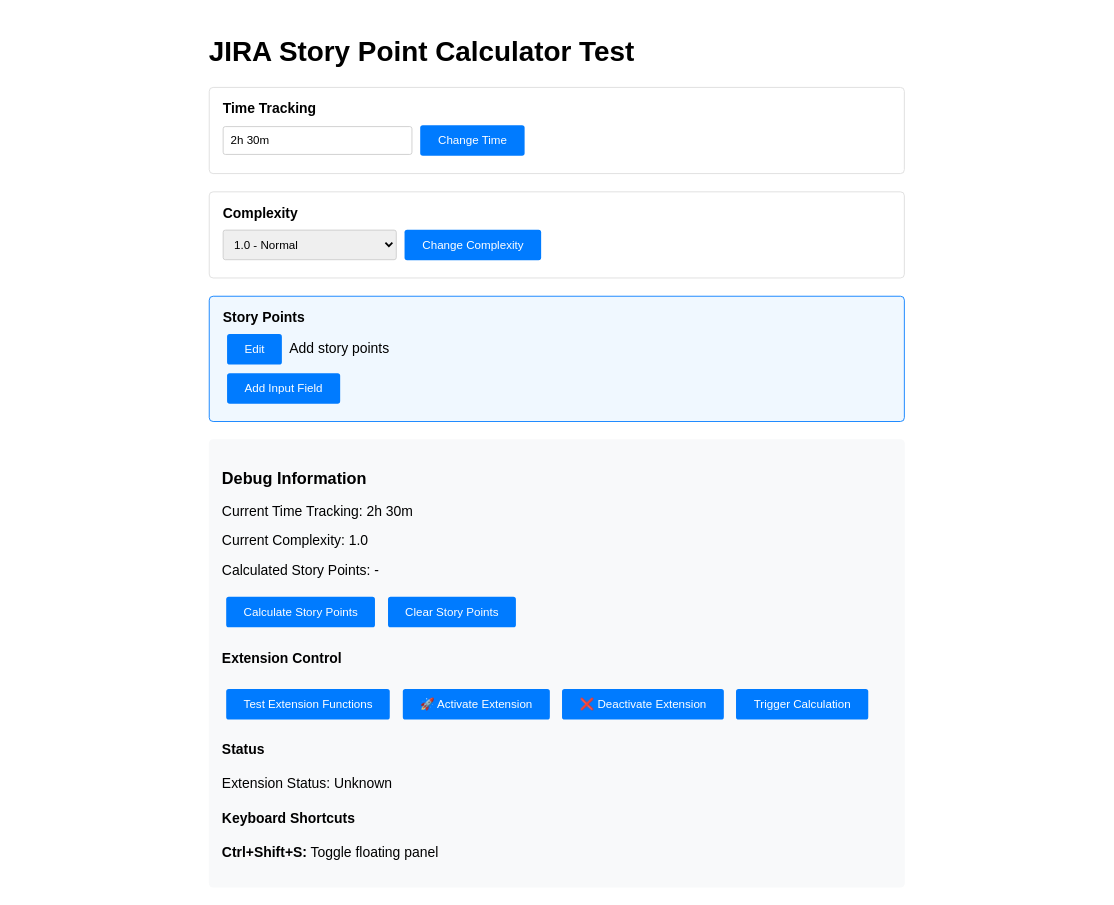
Repository: nirazanbasnet/jira-story-point-calculator
Page: test.html
These files come from the project's save history. The page is drawn as it stood at one moment and after the next save; the edit follows.
The browser window is 1280 px wide. The pictures show the whole page, at 87% of full size.

Above is the page before, as saved 2025-09-01 19:29:06.

### test.html
<!DOCTYPE html>
<html lang="en">

<head>
    <meta charset="UTF-8">
    <meta name="viewport" content="width=device-width, initial-scale=1.0">
    <title>JIRA Story Point Calculator Test</title>
    <style>
        body {
            font-family: Arial, sans-serif;
            max-width: 800px;
            margin: 0 auto;
            padding: 20px;
        }

        .field-group {
            margin: 20px 0;
            padding: 15px;
            border: 1px solid #ddd;
            border-radius: 5px;
        }

        .field-label {
            font-weight: bold;
            margin-bottom: 5px;
        }

        input,
        select {
            padding: 8px;
            border: 1px solid #ccc;
            border-radius: 3px;
            width: 200px;
        }

        .story-point-field {
            background-color: #f0f8ff;
            border-color: #007bff;
        }

        .debug-info {
            background-color: #f8f9fa;
            padding: 15px;
            border-radius: 5px;
            margin-top: 20px;
        }

        button {
            background-color: #007bff;
            color: white;
            padding: 10px 20px;
            border: none;
            border-radius: 3px;
            cursor: pointer;
            margin: 5px;
        }

        button:hover {
            background-color: #0056b3;
        }
    </style>
</head>

<body>
    <h1>JIRA Story Point Calculator Test</h1>

    <div class="field-group">
        <div class="field-label">Time Tracking</div>
        <input type="text" id="time-tracking" name="time-tracking" placeholder="e.g., 2h 30m" value="2h 30m">
        <button onclick="changeTimeTracking()">Change Time</button>
    </div>

    <div class="field-group">
        <div class="field-label">Complexity</div>
        <select id="complexity" name="complexity">
            <option value="0.1">0.1 - Very Simple</option>
            <option value="0.2">0.2 - Simple</option>
            <option value="0.3">0.3 - Basic</option>
            <option value="0.6">0.6 - Standard</option>
            <option value="1" selected>1.0 - Normal</option>
            <option value="1.5">1.5 - Complex</option>
            <option value="2">2.0 - Very Complex</option>
        </select>
        <button onclick="changeComplexity()">Change Complexity</button>
    </div>

    <div class="field-group story-point-field">
        <div class="field-label">Story Points</div>
        <div data-testid="issue-field-number.ui.issue-field-story-point-estimate--container">
            <div data-testid="issue-field-inline-edit-read-view-container.ui.container" role="presentation">
                <button aria-label="Edit Story Points" type="button">Edit</button>
                <span data-testid="issue-field-story-point-estimate-readview-full.ui.story-point-estimate">
                    <span>Add story points</span>
                </span>
            </div>
        </div>
        <button onclick="addInputField()">Add Input Field</button>
    </div>

    <div class="debug-info">
        <h3>Debug Information</h3>
        <p>Current Time Tracking: <span id="current-time">2h 30m</span></p>
        <p>Current Complexity: <span id="current-complexity">1.0</span></p>
        <p>Calculated Story Points: <span id="calculated-points">-</span></p>
        <button onclick="calculateStoryPoints()">Calculate Story Points</button>
        <button onclick="clearStoryPoints()">Clear Story Points</button>

        <h4>Extension Control</h4>
        <button onclick="testExtensionFunctions()">Test Extension Functions</button>
        <button onclick="activateExtension()">🚀 Activate Extension</button>
        <button onclick="deactivateExtension()">❌ Deactivate Extension</button>
        <button onclick="triggerCalculation()">Trigger Calculation</button>

        <h4>Status</h4>
        <p id="extension-status">Extension Status: Unknown</p>

        <h4>Keyboard Shortcuts</h4>
        <p><strong>Ctrl+Shift+S:</strong> Toggle floating panel</p>
    </div>

    <script>
        function changeTimeTracking() {
            const timeInput = document.getElementById('time-tracking');
            const times = ['1h', '45m', '2h 15m', '3h 30m', '1.5h'];
            const randomTime = times[Math.floor(Math.random() * times.length)];
            timeInput.value = randomTime;
            timeInput.dispatchEvent(new Event('input', { bubbles: true }));
            timeInput.dispatchEvent(new Event('change', { bubbles: true }));
            document.getElementById('current-time').textContent = randomTime;
        }

        function changeComplexity() {
            const complexitySelect = document.getElementById('complexity');
            const complexities = [0.1, 0.2, 0.3, 0.6, 1, 1.5, 2];
            const randomComplexity = complexities[Math.floor(Math.random() * complexities.length)];
            complexitySelect.value = randomComplexity;
            complexitySelect.dispatchEvent(new Event('change', { bubbles: true }));
            document.getElementById('current-complexity').textContent = randomComplexity;
        }

        function addInputField() {
            const container = document.querySelector('[data-testid="issue-field-number.ui.issue-field-story-point-estimate--container"]');
            const existingInput = container.querySelector('input');

            if (!existingInput) {
                const input = document.createElement('input');
                input.type = 'number';
                input.step = '0.1';
                input.placeholder = 'Story points';
                input.style.width = '100px';
                input.style.marginLeft = '10px';
                container.appendChild(input);
            }
        }

        function calculateStoryPoints() {
            const timeTracking = document.getElementById('time-tracking').value;
            const complexity = parseFloat(document.getElementById('complexity').value);

            // Simple time parsing for demo
            let hours = 0;
            if (timeTracking.includes('h')) {
                if (timeTracking.includes('m')) {
                    const parts = timeTracking.split(' ');
                    hours = parseFloat(parts[0]) + (parseFloat(parts[1]) / 60);
                } else {
                    hours = parseFloat(timeTracking);
                }
            } else if (timeTracking.includes('m')) {
                hours = parseFloat(timeTracking) / 60;
            } else {
                hours = parseFloat(timeTracking);
            }

            const storyPoints = Math.round((hours * complexity) * 100) / 100;
            document.getElementById('calculated-points').textContent = storyPoints;

            // Update the story point field if it exists
            const input = document.querySelector('[data-testid="issue-field-number.ui.issue-field-story-point-estimate--container"] input');
            if (input) {
                input.value = storyPoints;
                input.dispatchEvent(new Event('input', { bubbles: true }));
                input.dispatchEvent(new Event('change', { bubbles: true }));
            }
        }

        function clearStoryPoints() {
            document.getElementById('calculated-points').textContent = '-';
            const input = document.querySelector('[data-testid="issue-field-number.ui.issue-field-story-point-estimate--container"] input');
            if (input) {
                input.value = '';
                input.dispatchEvent(new Event('input', { bubbles: true }));
                input.dispatchEvent(new Event('change', { bubbles: true }));
            }
        }

        // Simulate JIRA field changes
        setInterval(() => {
            if (Math.random() > 0.7) {
                changeTimeTracking();
            }
        }, 5000);

        setInterval(() => {
            if (Math.random() > 0.8) {
                changeComplexity();
            }
        }, 7000);

        // Extension testing functions
        function testExtensionFunctions() {
            console.log('Testing extension functions...');

            if (window.jiraStoryPointCalculator) {
                console.log('✅ Extension loaded successfully');
                console.log('Extension object:', window.jiraStoryPointCalculator);
            } else {
                console.log('❌ Extension not loaded');
            }

            if (window.triggerStoryPointCalculation) {
                console.log('✅ triggerStoryPointCalculation function available');
            } else {
                console.log('❌ triggerStoryPointCalculation function not available');
            }

            if (window.toggleStoryPointPanel) {
                console.log('✅ toggleStoryPointPanel function available');
            } else {
                console.log('❌ toggleStoryPointPanel function not available');
            }
        }

        function activateExtension() {
            if (window.activateStoryPointCalculator) {
                const result = window.activateStoryPointCalculator();
                document.getElementById('extension-status').textContent = `Extension Status: Activated (Result: ${result})`;
                console.log('Activate extension result:', result);
            } else {
                console.log('❌ activateStoryPointCalculator function not available');
            }
        }

        function deactivateExtension() {
            if (window.deactivateStoryPointCalculator) {
                const result = window.deactivateStoryPointCalculator();
                document.getElementById('extension-status').textContent = `Extension Status: Deactivated (Result: ${result})`;
                console.log('Deactivate extension result:', result);
            } else {
                console.log('❌ deactivateStoryPointCalculator function not available');
            }
        }

        function triggerCalculation() {
            if (window.triggerStoryPointCalculation) {
                const result = window.triggerStoryPointCalculation();
                console.log('Trigger calculation result:', result);
            } else {
                console.log('❌ triggerStoryPointCalculation function not available');
            }
        }
    </script>
</body>

</html>

After the next save:
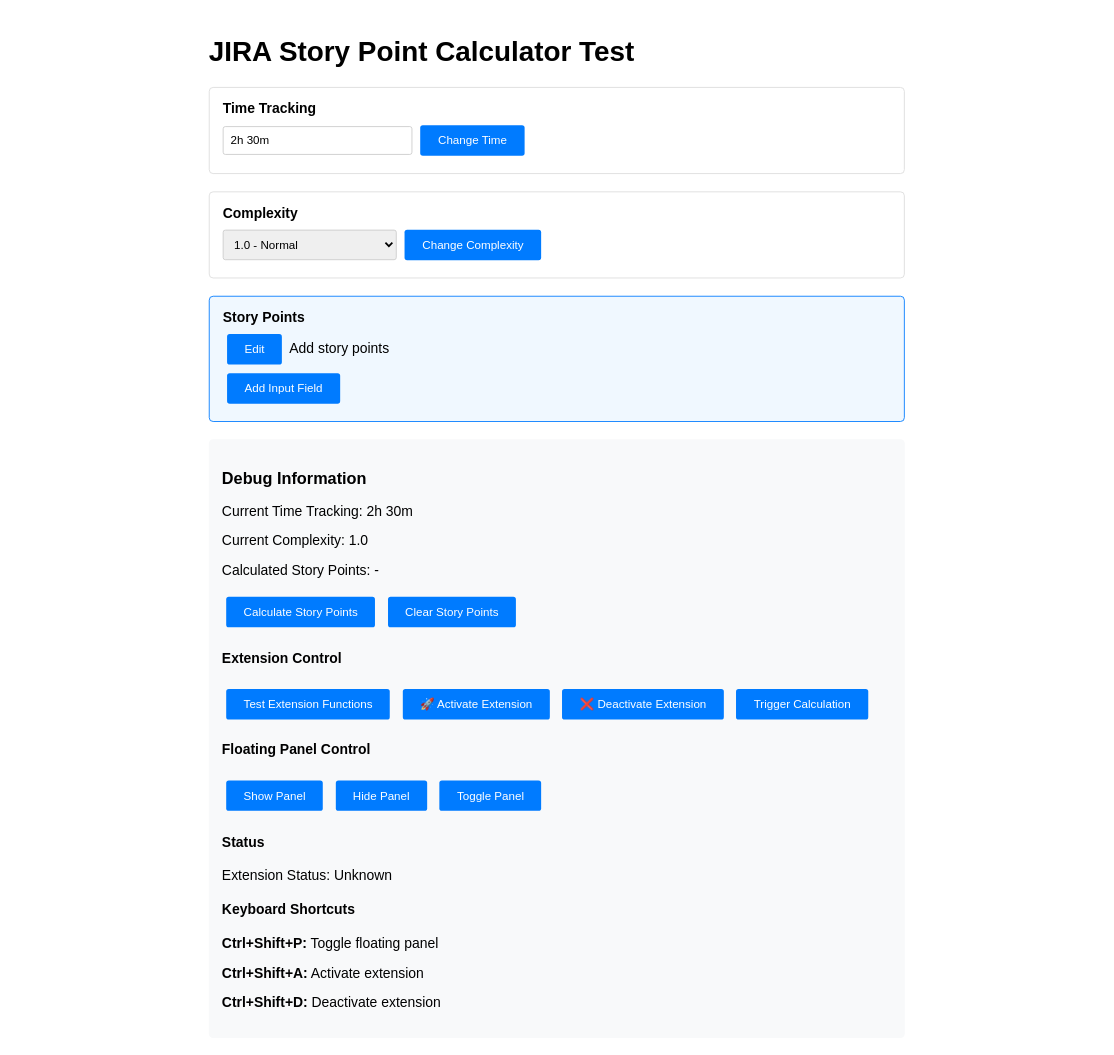
Saved 13 s later.
--- a/test.html
+++ b/test.html
@@ -111,11 +111,18 @@
         <button onclick="deactivateExtension()">❌ Deactivate Extension</button>
         <button onclick="triggerCalculation()">Trigger Calculation</button>
 
+        <h4>Floating Panel Control</h4>
+        <button onclick="showPanel()">Show Panel</button>
+        <button onclick="hidePanel()">Hide Panel</button>
+        <button onclick="togglePanel()">Toggle Panel</button>
+
         <h4>Status</h4>
         <p id="extension-status">Extension Status: Unknown</p>
 
         <h4>Keyboard Shortcuts</h4>
-        <p><strong>Ctrl+Shift+S:</strong> Toggle floating panel</p>
+        <p><strong>Ctrl+Shift+P:</strong> Toggle floating panel</p>
+        <p><strong>Ctrl+Shift+A:</strong> Activate extension</p>
+        <p><strong>Ctrl+Shift+D:</strong> Deactivate extension</p>
     </div>
 
     <script>
